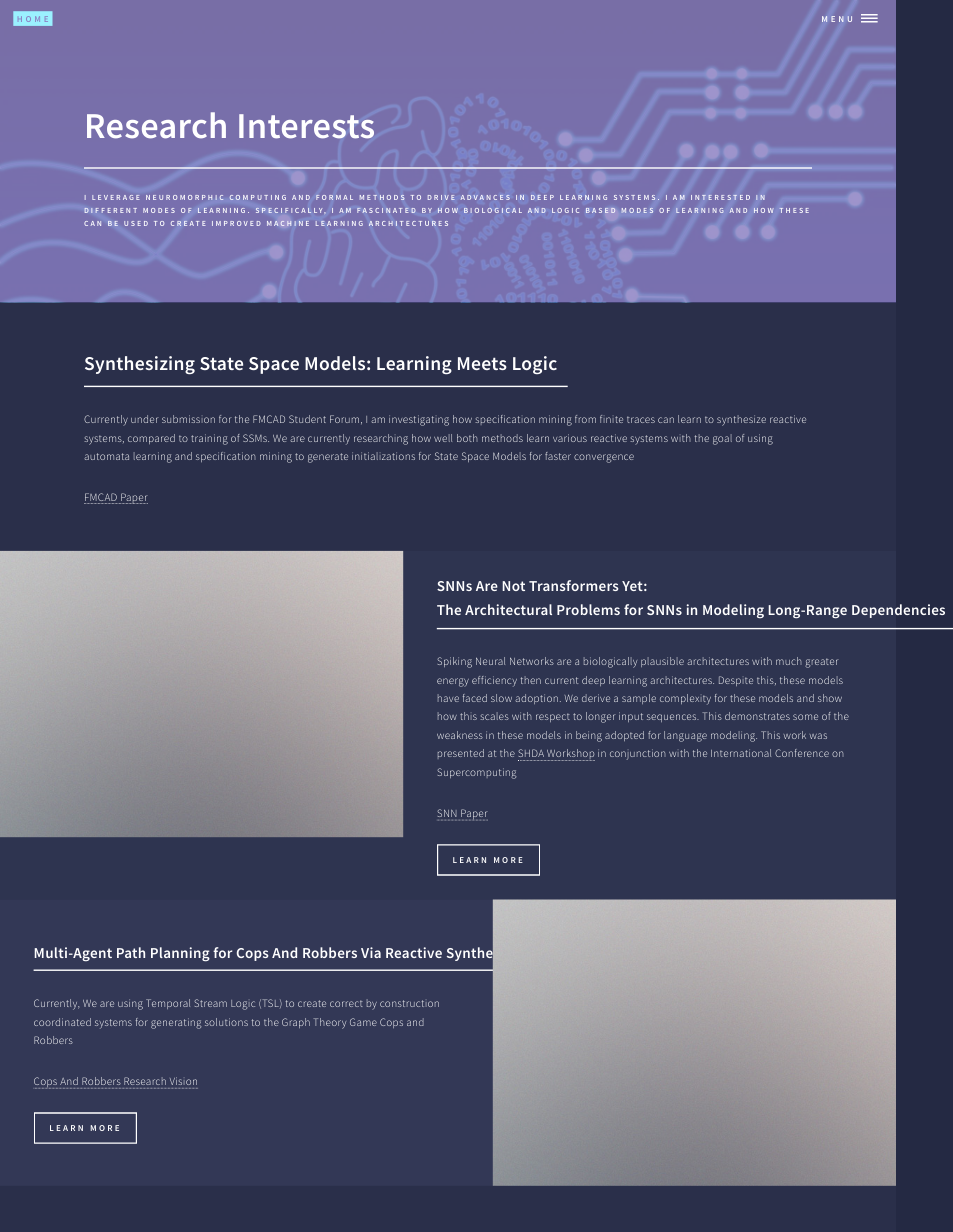
Repository: wfishell/wfishell.github.io
Page: landing.html
The author's editor kept a copy of each file at every save. The page is drawn from the files as they stood at one save, then again after the next save.
The browser window is 1280 px wide. The page is 1362 px wide, so the pictures cover 1362 px, including what lies to the right of the window. The pictures show the part of the page from y = 0 to 1760 px (the page is 2798 px tall), at 70% of full size.

Above is the page before, as saved 2025-11-01 16:58:28.

After the next save:
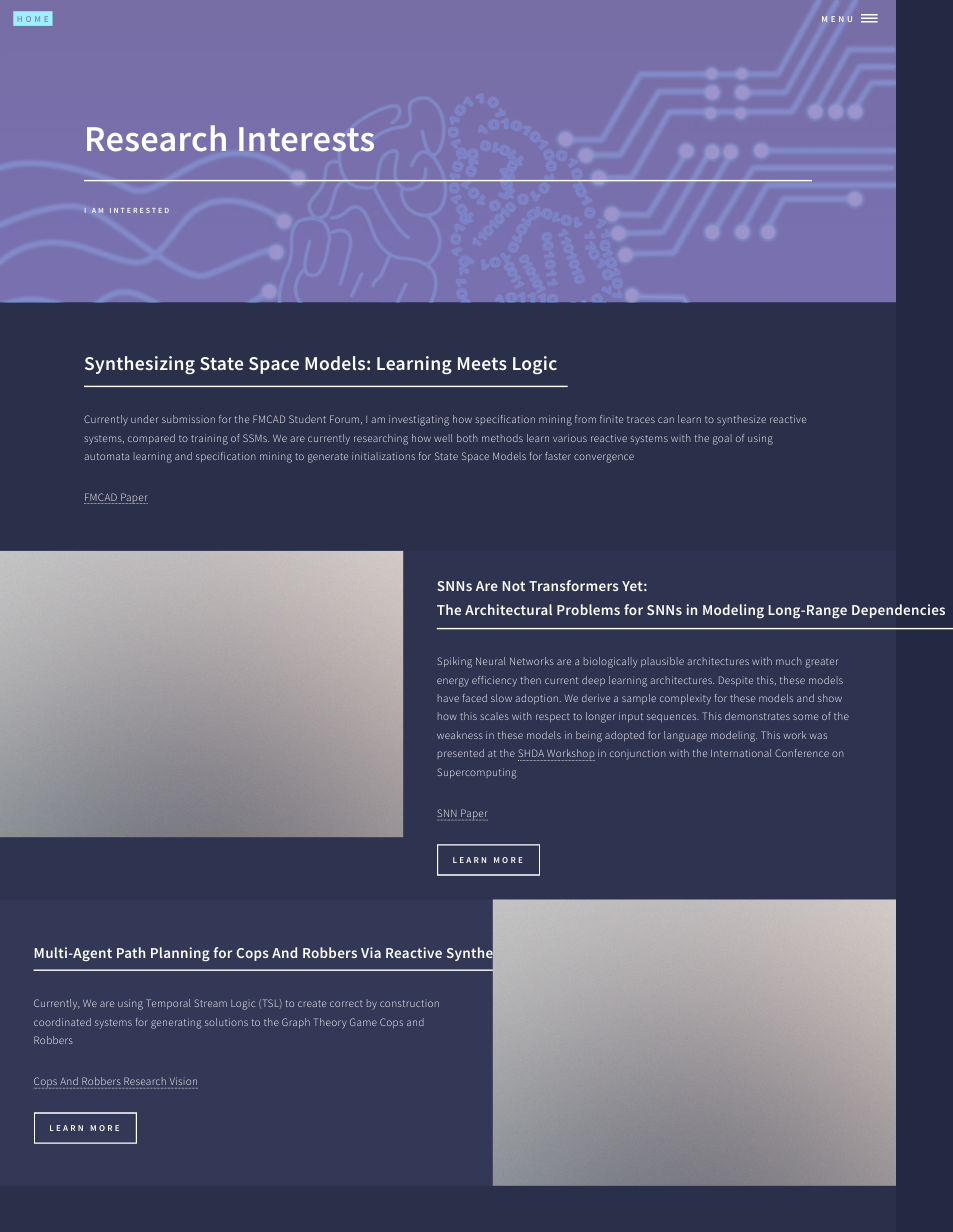
Saved 2 min 15 s later.
--- a/landing.html
+++ b/landing.html
@@ -52,8 +52,7 @@
 
 							</header>
 							<div class="content">
-								<p>I leverage neuromorphic computing and formal methods to drive advances in deep learning systems. I am interested in different modes of learning. Specifically, I am fascinated by how biological and logic based modes of learning and how these can be used
-								to create improved machine learning architectures</p>
+								<p>I am interested </p>
 							</div>
 						</div>
 					</section>

After the save that followed:
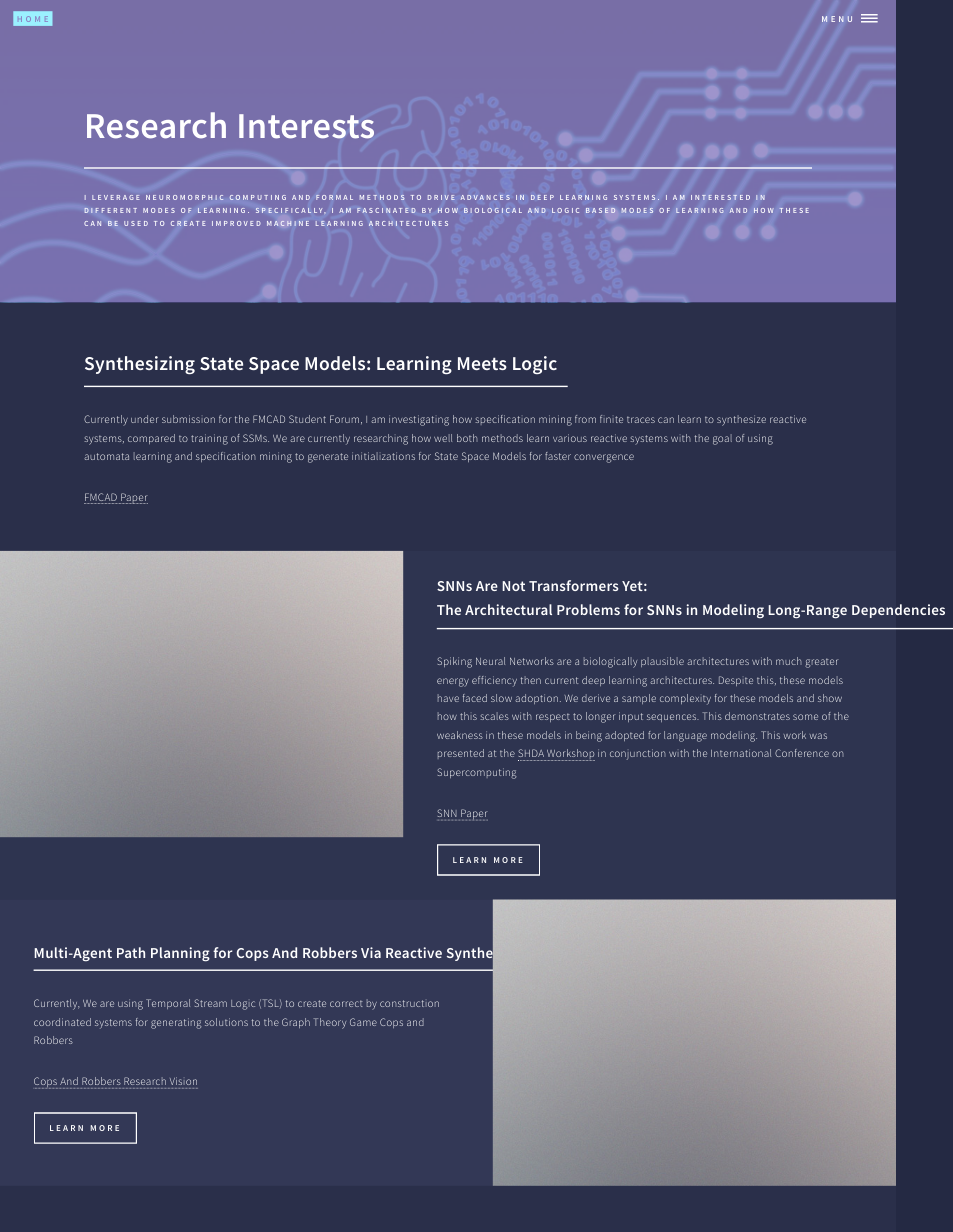
Saved 84 s later.
--- a/landing.html
+++ b/landing.html
@@ -52,7 +52,8 @@
 
 							</header>
 							<div class="content">
-								<p>I am interested </p>
+								<p>I leverage neuromorphic computing and formal methods to drive advances in deep learning systems. I am interested in different modes of learning. Specifically, I am fascinated by how biological and logic based modes of learning and how these can be used
+								to create improved machine learning architectures</p>
 							</div>
 						</div>
 					</section>
